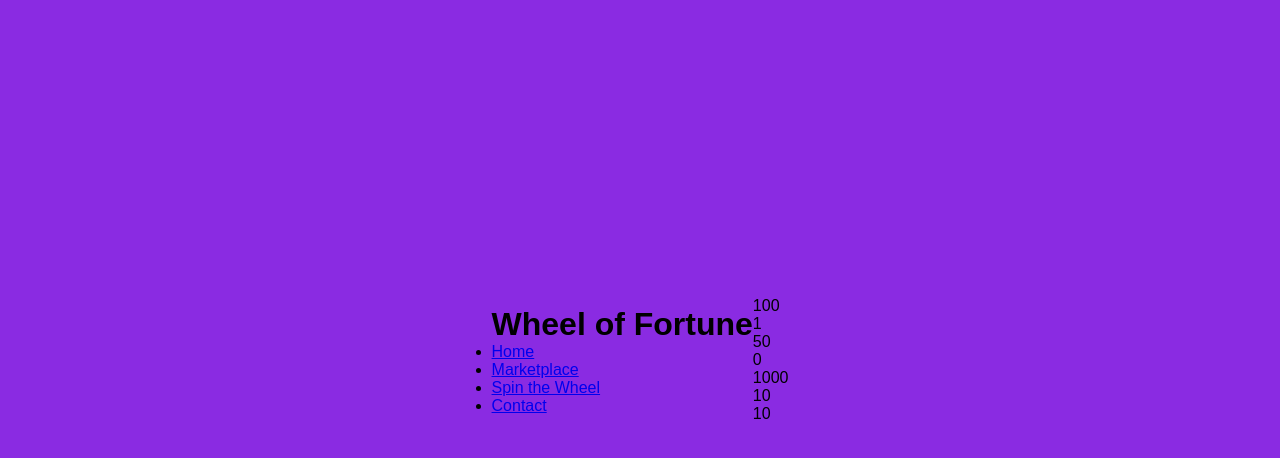
Repository: Jacques-Jaki-Morkel/FundedMarketplace_WheelofFortune
Page: index.html
These files come from the project's save history. The page is drawn as it stood at one moment and after the next save; the edit follows.
The browser window is 1280 px wide. The pictures show the whole page.

Above is the page before, as saved 2025-08-12 09:30:16.

### index.html
<!DOCTYPE html>
<html lang="en">

<head>
    <meta charset="UTF-8">
    <meta name="viewport" content="width=device-width, initial-scale=1.0">
    <title>Wheel of Fortune - Funded Marketplace</title>
    <link rel="stylesheet" href="styles.css">
</head>

<body>
    <header>
        <h1>Wheel of Fortune</h1>
        <nav>
            <ul>
                <li><a href="#">Home</a></li>
                <li><a href="#">Marketplace</a></li>
                <li><a href="#">Spin the Wheel</a></li>
                <li><a href="#">Contact</a></li>
            </ul>
        </nav>
    </header>
    <div class="container">
        <div class="spinBtn"></div>
        <div class="wheel">
            <div class="number" style=" --i:1 ;--clr: #db7093;">
                <span>100</span>
            </div>
            <div class="number" style=" --i:2 ;--clr: #8a2be2;">
                <span>1</span>
            </div>
            <div class="number" style=" --i:3 ;--clr: #00bfff;">
                <span>50</span>
            </div>
            <div class="number" style=" --i:4 ;--clr: #daa520;">
                <span>0</span>
            </div>
            <div class="number" style=" --i:5 ;--clr: #ff340f;">
                <span>1000</span>
            </div>
            <div class="number" style=" --i:6 ;--clr: #ff7f50;">
                <span>10</span>
            </div>
            <div class="number" style=" --i:7 ;--clr: #3cb371;">
                <span>10</span>
            </div>
</body>

</html>

### styles.css
*{
margin: 0;
padding: 0;
box-sizing: border-box;
font-family: 'Poppins', sans-serif;
}

body {
display: flex;
justify-content: center;
align-items: center;
min-height: 100vh;
background-color: blueviolet;
}

After the next save:
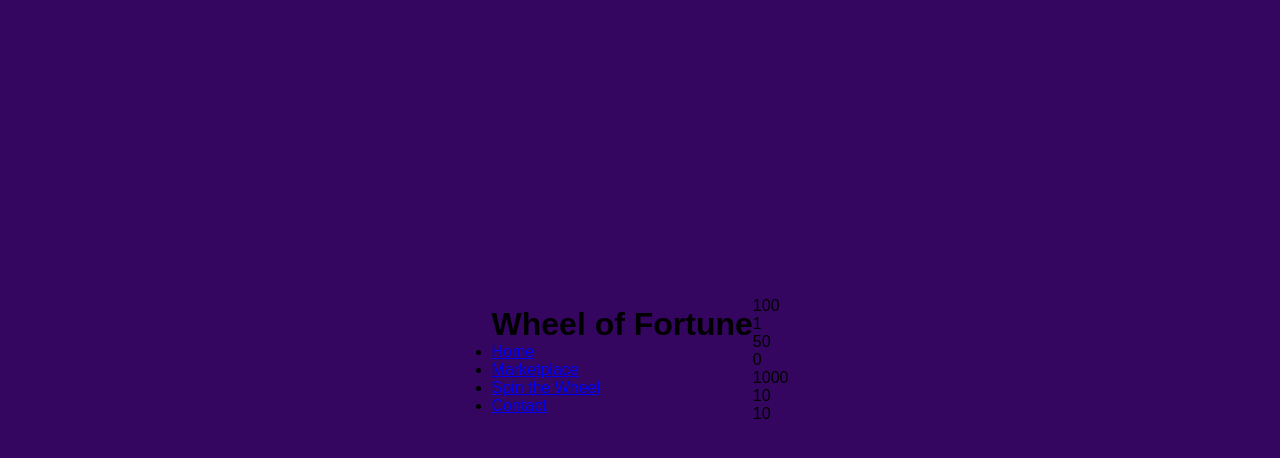
Saved 9 s later.
--- a/styles.css
+++ b/styles.css
@@ -10,5 +10,5 @@ display: flex;
 justify-content: center;
 align-items: center;
 min-height: 100vh;
-background-color: blueviolet;
+background-color: rgb(52, 6, 96);
 }
